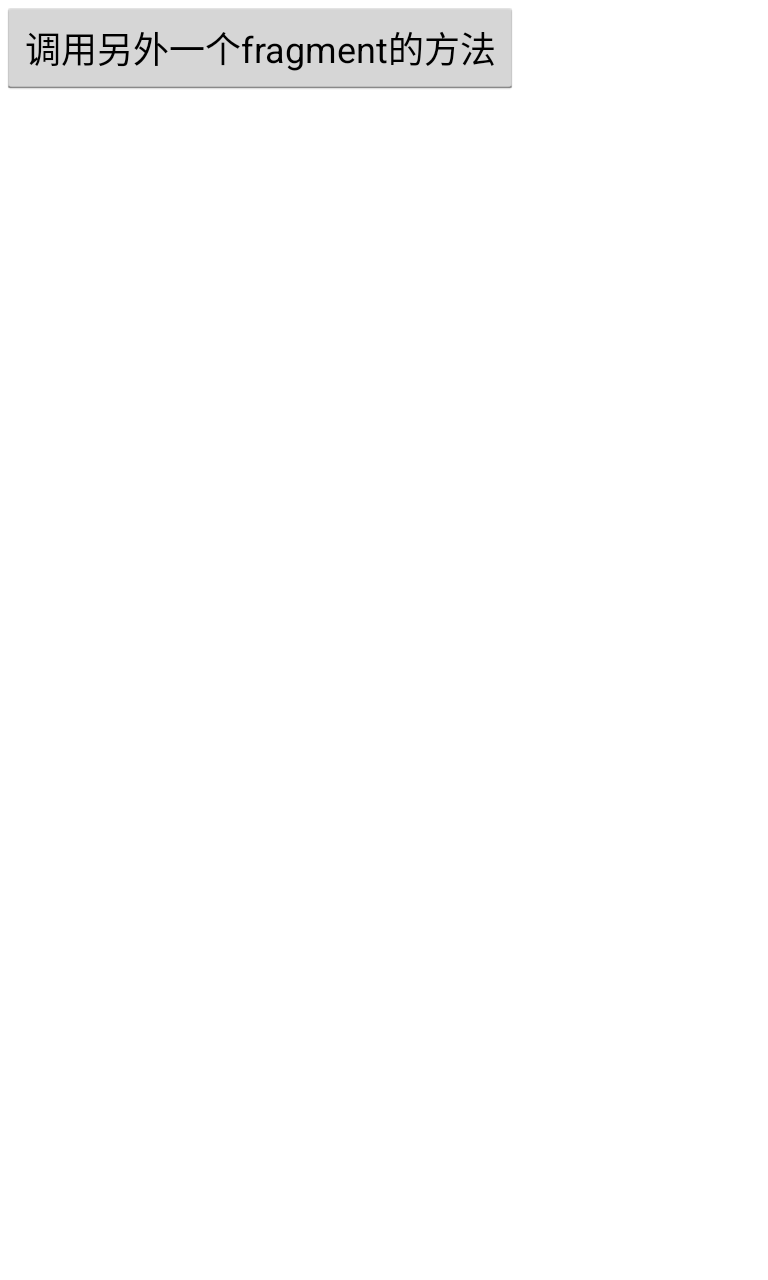
Repository: nickof/study
Layout: Android/itheima/day15fragment/代码/Day15_06_fragment通信/res/layout/fragment_left.xml
An editor plug-in stored every save of this project. The layout is shown before and after the next save, followed by the edit.
It is drawn on a 768 x 1280 px phone screen (xhdpi) without system bars, with theme AppTheme; the app's code is not run.

Above is the layout before, as saved 2016-09-26 03:54:01.

After the next save:
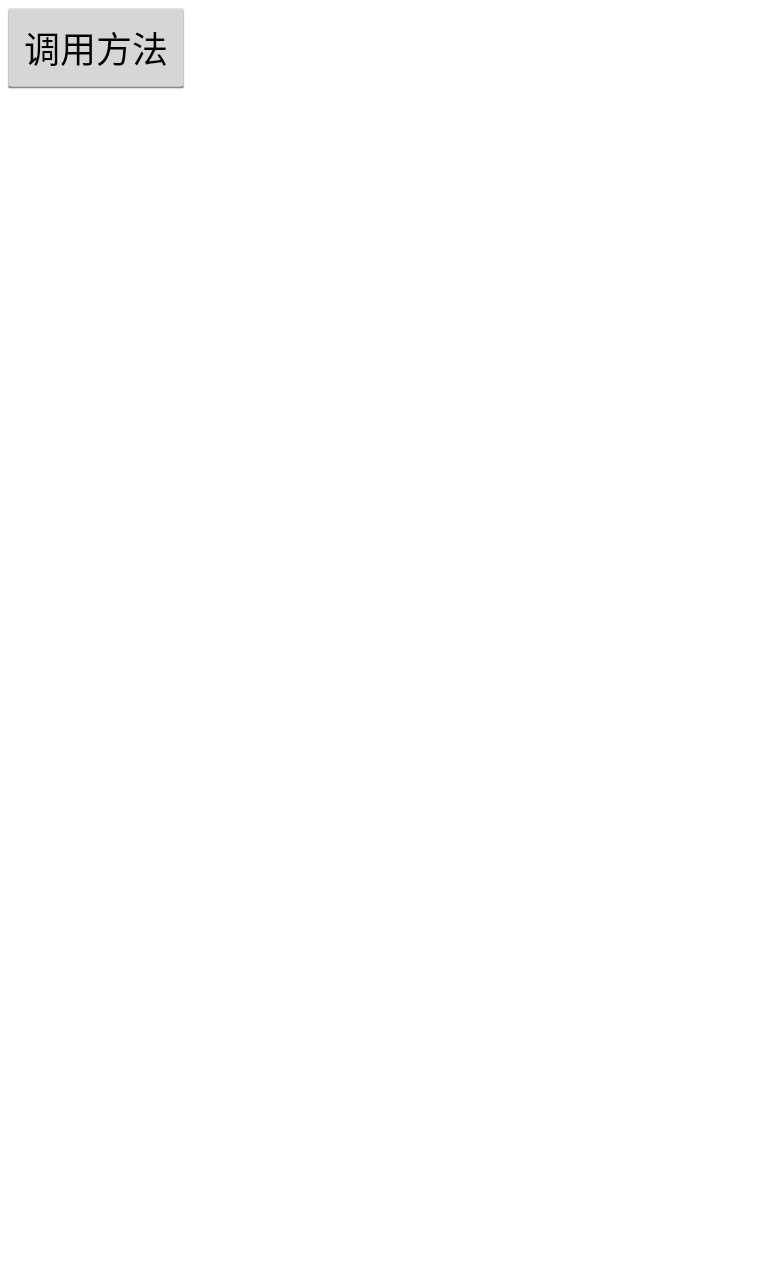
Saved 12 s later.
--- a/Android/itheima/day15fragment/代码/Day15_06_fragment通信/res/layout/fragment_left.xml
+++ b/Android/itheima/day15fragment/代码/Day15_06_fragment通信/res/layout/fragment_left.xml
@@ -9,7 +9,7 @@
         android:id="@+id/btn_call"
         android:layout_width="wrap_content"
         android:layout_height="wrap_content"
-        android:text="调用另外一个fragment的方法"
+        android:text="调用方法"
         android:onClick="change"/>
 
 </LinearLayout>
